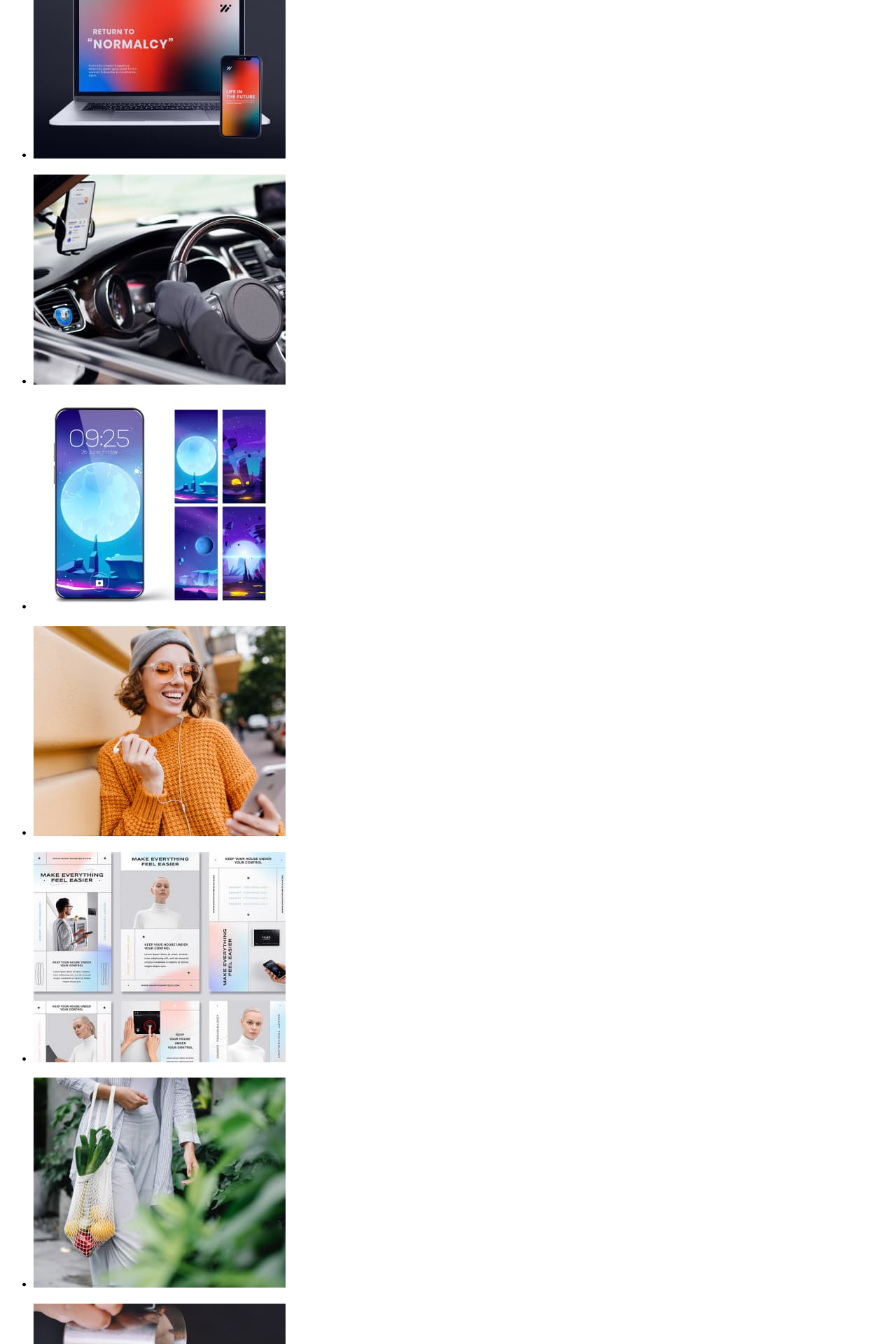
Repository: GrishchenkoNataliya/goit-markup-hw-02
Page: portfolio/indtx.html
These files come from the project's save history. The page is drawn as it stood at one moment and after the next save; the edit follows.
The browser window is 1280 px wide. The pictures show the part of the page from y = 1138 to 3058 px (the page is 3392 px tall before and 3433 px after), at 70% of full size.

Above is the page before, as saved 2023-02-27 13:54:38.

After the next save:
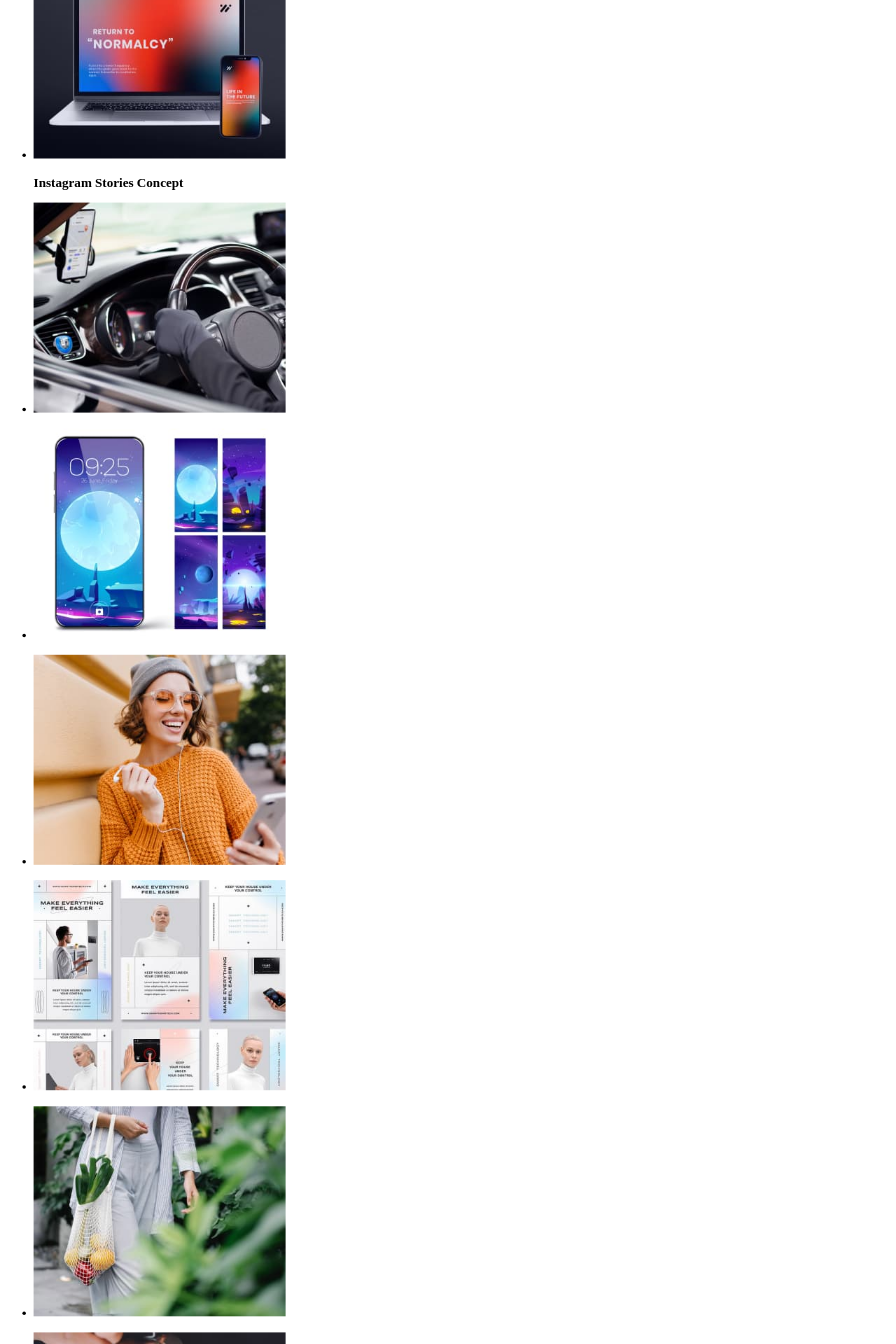
Saved 18 s later.
--- a/portfolio/indtx.html
+++ b/portfolio/indtx.html
@@ -73,7 +73,7 @@
             </li>
             <li>
                 <img src="../images/pages2/img3.jpg" alt="">
-                    <h3></h3>
+                    <h3>Instagram Stories Concept</h3>
                     <p></p>
                 </img>
             </li>
